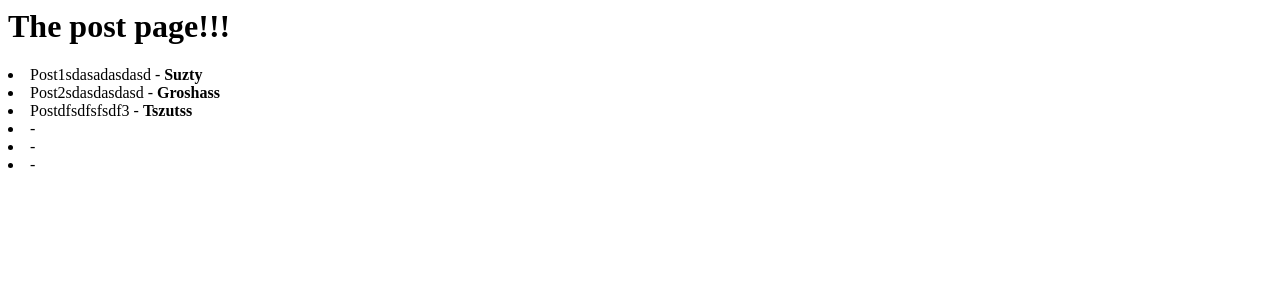
Repository: Puritanic/node_projects
Page: http://localhost/posts
The author's editor kept a record of every edit. The page is drawn from the files as they stood at one moment, then again after the next edit.
The browser window is 1280 px wide. The pictures show the whole page.
The page is served by the project's Node server (expressRender/app.js).

Above is the page before.

After the next edit:
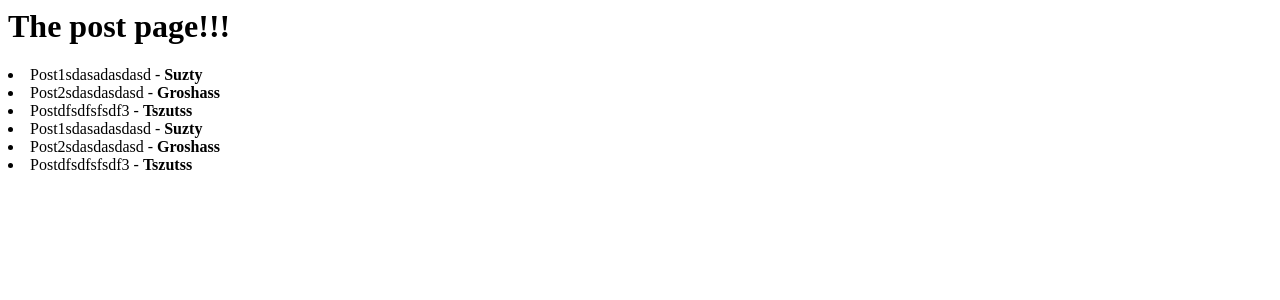
The edit:
--- a/expressRender/views/posts.ejs
+++ b/expressRender/views/posts.ejs
@@ -8,6 +8,6 @@
          <!--or-->
  <% posts.forEach(function(post){ %>
      <li>
-         <%= posts.title %> - <strong><%= posts.author %></strong>
+         <%= post.title %> - <strong><%= post.author %></strong>
      </li>
  <% }) %>
